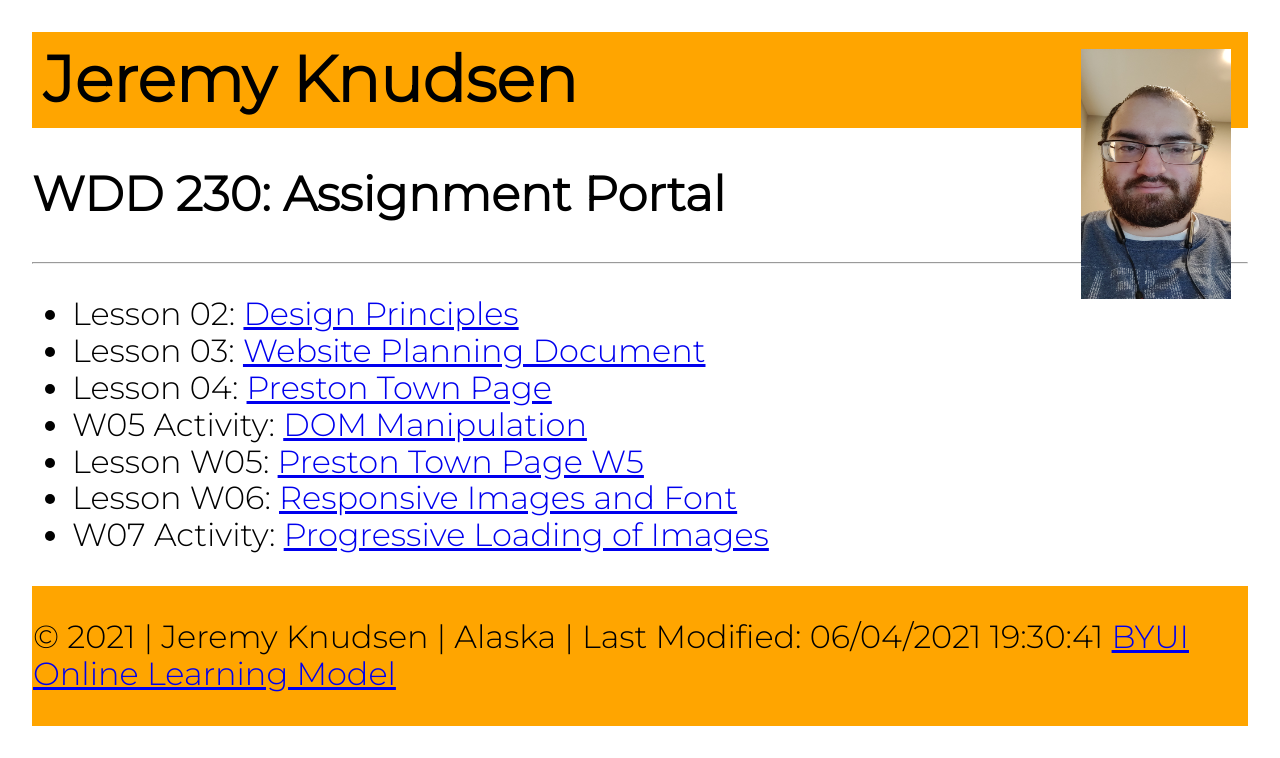
Repository: jknudsen97/jknudsen97.github.io
Page: index.html
These files come from the project's save history. The page is drawn as it stood at one moment and after the next save; the edit follows.
The browser window is 1280 px wide. The pictures show the whole page.

Above is the page before, as saved 2021-06-05 16:40:52.

### index.html
<!DOCTYPE html>
<html lang="en">
    <head>
        <meta charset="UTF-8">
        <meta name="viewport" content="width=device-width, initial-scale=1"/>
        <title>Course Portal Home Page</title>
        <meta name="description" content="Jeremy Knudsen's WDD 230 Home Page"/>
        <link rel="preconnect" href="https://fonts.gstatic.com">
        <link href="https://fonts.googleapis.com/css2?family=Montserrat:wght@100;300&display=swap" rel="stylesheet">
        <link rel="stylesheet" href="CSS/normalize.css">
        <link rel="stylesheet" href="CSS/style.css"/>
        <link rel="stylesheet" href="CSS/medium.css"/>
    </head>

<body>
<header>
    <img src="Images/me.jpg" alt="A picture of me" style="width: 150px; height: 250px">
    <h1 style="margin: 10px;">Jeremy Knudsen</h1>
</header>
<main>
    <h2><b>WDD 230: Assignment Portal</b></h2>
    <hr>

    <ul>
        <li> Lesson 02: <a href="lesson02/designprinciples.html">Design Principles</a></li>
        <li> Lesson 03: <a href="lesson03/index.html">Website Planning Document</a></li>
        <li> Lesson 04: <a href="lesson04/preston-4.html">Preston Town Page</a></li>
        <li> W05 Activity: <a href="W05 Activity/bom.html">DOM Manipulation</a></li>
        <li> Lesson W05: <a href="lesson05/preston-5.html">Preston Town Page W5</a></li>
        <li> Lesson W06: <a href="lesson06/preston-6.html">Responsive Images and Font</a></li>
        <li> W07 Activity: <a a href="W07 Activity/lazyload.html">Progressive Loading of Images</a></li>
    </ul>

</main>
    <footer>
        <p>&copy; <span id="currentYear"></span> | Jeremy Knudsen | Alaska |
         Last Modified: <span id="lastMod"></span>
        <a href="https://www.byui.edu/online">BYUI Online Learning Model</a></p>
    </footer>
    <script src="JS/script.js"></script>
</body>
</html>

### CSS/style.css
header,
footer {
    border: 1px solid orange;
    background-color: orange;
}

body {
    align-items: center;
    padding: 2rem;
    font-size: 1rem;
    font-family: 'Montserrat', sans-serif;
}

header img {
    padding: 1rem;
    float: right;
    width: 200px;
    height: auto;
}

### CSS/medium.css
@media only screen and (min-width: 32.5rem){
    body {
        font-size: 2.0rem;
    }
}

### JS/script.js
let date = new Date();
let x = date.getFullYear();

document.querySelector('#currentYear').textContent = x;

document.querySelector('#lastMod').textContent = document.lastModified;

Loaded but not shown: CSS/normalize.css (library)

After the next save:
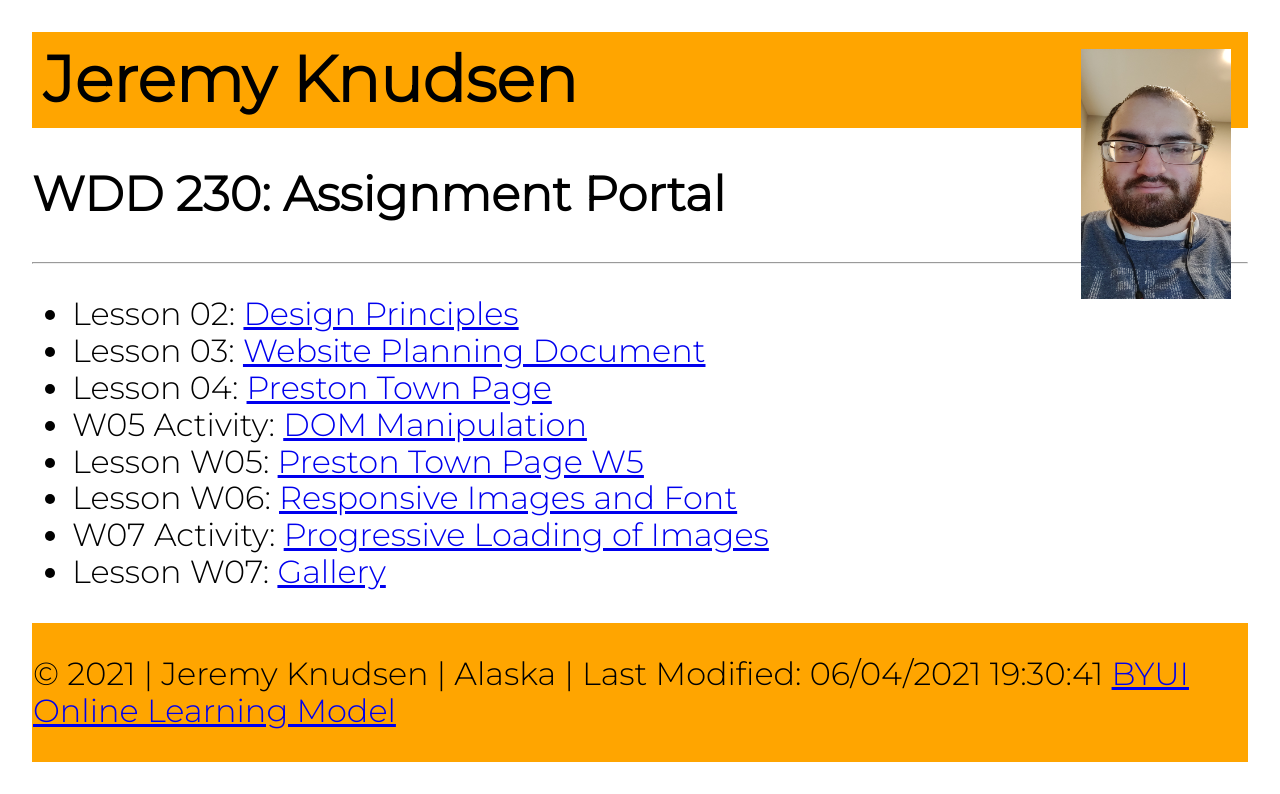
Saved 10 min 54 s later.
--- a/index.html
+++ b/index.html
@@ -29,6 +29,7 @@
         <li> Lesson W05: <a href="lesson05/preston-5.html">Preston Town Page W5</a></li>
         <li> Lesson W06: <a href="lesson06/preston-6.html">Responsive Images and Font</a></li>
         <li> W07 Activity: <a a href="W07 Activity/lazyload.html">Progressive Loading of Images</a></li>
+        <li> Lesson W07: <a href="lesson07/gallery-7.html">Gallery</a></li>
     </ul>
 
 </main>
